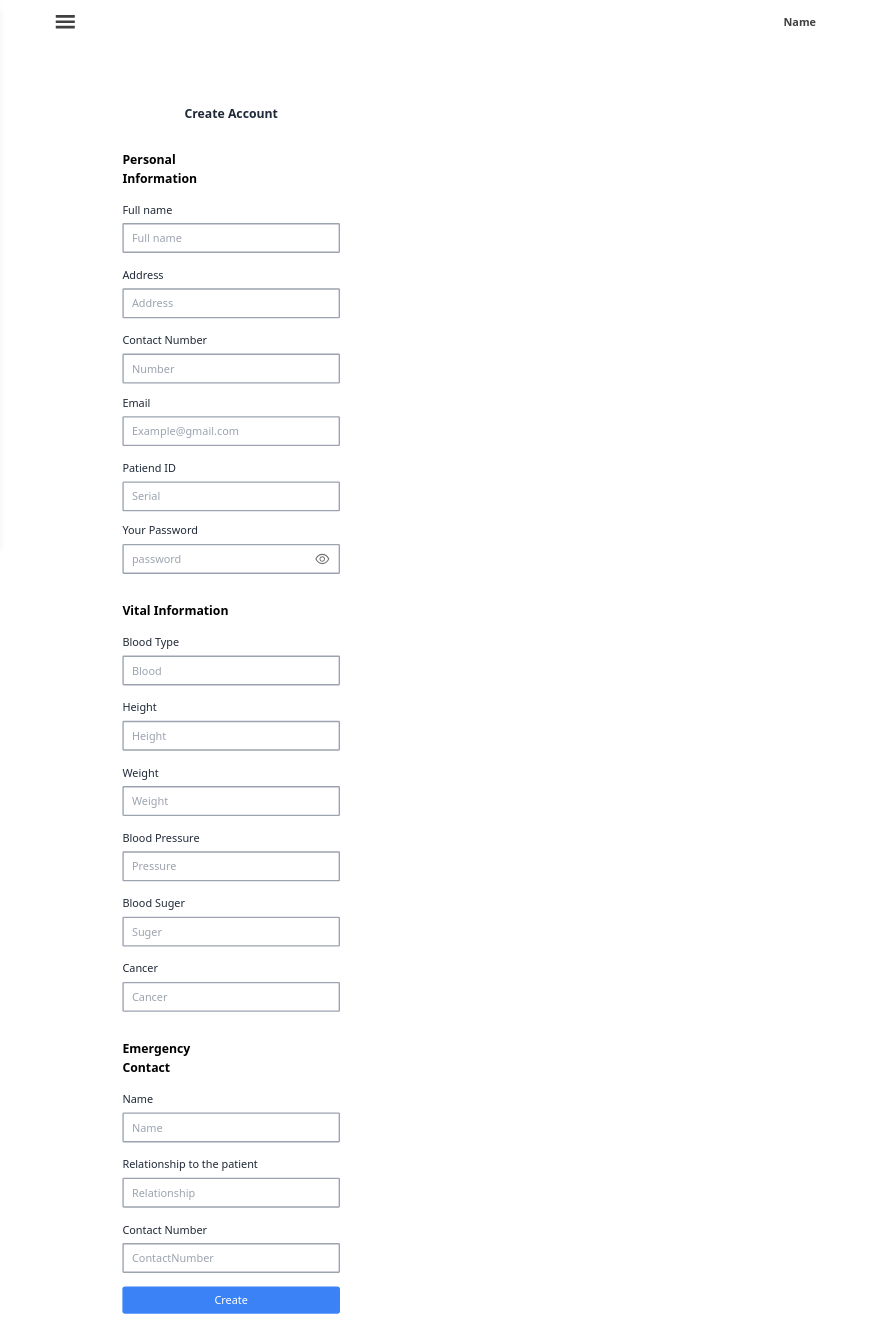
Repository: Sanaa00/HI-user
Page: /signup
An editor plug-in stored every save of this project. The page is shown before and after the next save, followed by the edit.
The browser window is 1280 px wide. The pictures show the whole page, at 68% of full size.
The project was rebuilt for these pictures with package versions that can differ from the ones it lists, and the page was loaded fresh each time. Also part of the build but not shown: vite.config.js, src/App.css, src/Pages/Home.jsx, src/Pages/Prescription.jsx, src/Components/modalComponent.jsx, src/Pages/Laboratory.jsx, src/Pages/Radiographic.jsx, src/Pages/Login.jsx.

Above is the page before, as saved 2024-01-11 19:41:23.

### src/main.jsx
import React from 'react';
import ReactDOM from 'react-dom/client';
import App from './App.jsx';
import './index.css';
import Modal from 'react-modal';
import { BrowserRouter } from 'react-router-dom';
Modal.setAppElement('#root');
ReactDOM.createRoot(document.getElementById('root')).render(
  <React.StrictMode>
    <BrowserRouter>
      {/* <Provider store={store}> */}
      <App />
      {/* </Provider>{' '} */}
    </BrowserRouter>
  </React.StrictMode>,
);

### src/App.jsx
import { Route, Routes } from 'react-router-dom';
import './App.css';
import Home from './Pages/Home';
// import Test from './Pages/Test';
import Navbar from './Components/Navbar';
import Prescription from './Pages/Prescription';
import Laboratory from './Pages/Laboratory';
import Radiographic from './Pages/Radiographic';
import ModalComponent from './Components/modalComponent';
import Login from './Pages/Login';
import SignUp from './Pages/SignUp';

function App() {
  return (
    <>
      <Navbar />
      <Routes>
        <Route path="/home" element={<Home />} />
        <Route path="/laboratory" element={<Laboratory />}>
          <Route path=":id" element={<ModalComponent />} />
        </Route>
        <Route path="/Radiographic" element={<Radiographic />} />
        <Route path="/Prescription" element={<Prescription />} />
        <Route path="/" element={<Login />} />
        <Route path="/signup" element={<SignUp />} />
        {/* <Route path="products" element={<Products />} />
          <Route path="setting" element={<Setting />} />
          <Route path="hide" element={<HideProducts />} /> */}
        {/* </Route> */}
      </Routes>
    </>
  );
}

export default App;

### src/Components/Navbar.jsx
import { useState } from 'react';
import { Link, NavLink } from 'react-router-dom';
import { GiHamburgerMenu } from 'react-icons/gi';
import { IoCloseSharp } from 'react-icons/io5';
function Navbar() {
  const [open, setOpen] = useState(false);
  return (
    <div className="flex text-neutral-700 top-0 z-50 fixed px-4 sm:px-10 md:px-20 justify-between items-center bg-white h-16 w-full">
      <div
        className={` flex justify-between hover:bg-opacity-80 duration-500 hover:duration-500 items-center w-full h-full text-lg font-bold`}
      >
        <button onClick={() => setOpen(!open)} className="">
          <GiHamburgerMenu className="w-8 h-8" />
        </button>{' '}
        <div
          className={` bg-white rounded-sm  flex flex-col fixed w-4/5 lg:w-96 top-0 z-40 left-0 shadow-lg transform duration-500 ease-in-out ${
            open ? 'translate-x-0' : '-translate-x-full'
          }`}
        >
          <button
            onClick={() => setOpen(!open)}
            className="mt-3 mb-2 left-0 px-3 flex h-16"
          >
            <IoCloseSharp className="w-9 h-9" />
          </button>

          <div className="w-full h-screen flex flex-col text-orange p-4">
            <Link to="/home" onClick={() => setOpen(!open)} className="pb-3">
              Person Information
            </Link>
            <Link
              to="/Radiographic"
              onClick={() => setOpen(!open)}
              className="py-3"
            >
              Radiographic examination
            </Link>
            <Link
              to="/laboratory"
              onClick={() => setOpen(!open)}
              className="py-3"
            >
              Laboratory examination
            </Link>
            <Link
              to="/Prescription"
              onClick={() => setOpen(!open)}
              className="py-3"
            >
              Prescription
            </Link>
          </div>
        </div>
      </div>
      <NavLink to="/home" className="ml-2 font-bold">
        Name
      </NavLink>
    </div>
  );
}

export default Navbar;

### src/Pages/SignUp.jsx
import { useState } from 'react';
import * as Yup from 'yup';
import { Formik, Form, useFormik } from 'formik';
import InputField from '../Components/InputField';
import { AiOutlineEyeInvisible, AiOutlineEye } from 'react-icons/ai';

function SignUp() {
  const [showPassword, setShowPassword] = useState(false);
  const formik = useFormik({
    initialValues: {
      fullname: '',
      Address: '',
      Number: '',
      email: '',
      Serial: '',
      Blood: '',
      Height: '',
      Weight: '',
      Pressure: '',
      Suger: '',
      Cancer: '',
      Name: '',
      Relationship: '',
      ContactNumber: '',
      password: '',
    },
    onSubmit: (values, { resetForm }) => {
      console.log(values);
      resetForm({ values: '' });
    },
    validationSchema: Yup.object({
      fullname: Yup.string().required(),
      Address: Yup.string().required(),
      Number: Yup.string().matches(/^[0-9]+$/, 'Invalid serial number'),
      Serial: Yup.string().matches(/^[A-Za-z0-9]{8}$/, 'Invalid serial number'),
      Blood: Yup.string().required(),
      Height: Yup.string().required(),
      Weight: Yup.string().required(),
      Pressure: Yup.string().required(),
      Suger: Yup.string().required(),
      Cancer: Yup.string().required(),
      Name: Yup.string().required(),
      Relationship: Yup.string().required(),
      email: Yup.string().email().required(),
      ContactNumber: Yup.string().matches(/^[0-9]+$/, 'Invalid serial number'),
      password: Yup.string().required().min(8),
    }),
  });

  return (
    <div>
      <div className="px-6 sm:px-12 lg:mx-26 md:px-20 pt-10 grid  md:grid-cols-2 items-start gap-20 min-h-screen">
        <Formik>
          <div className="w-full flex  flex-col items-center justify-center md:mt-16 lg:mt-14 xl:mt-28  mt-20 sm:mt-0">
            <p className="font-semibold text-lg text-gray-800 ">
              Create Account
            </p>
            <Form
              onSubmit={formik.handleSubmit}
              className="grid grid-cols-1 mb-10 w-full lg:w-fit"
            >
              <p className="mt-10 font-bold text-lg lg:w-1/2">
                Personal Information
              </p>
              <div className="flex flex-col mt-5">
                <label className={`text-gray-800 flex font-english`}>
                  Full name
                </label>
                <InputField
                  name="fullname"
                  placeholder={`Full name`}
                  id="fullname"
                  value={formik.values.fullname}
                  onBlur={formik.handleBlur}
                  onChange={formik.handleChange}
                />
                {formik.touched.fullname && formik.errors.fullname ? (
                  <span className="text-red-400 text-sm">
                    {formik.errors.fullname}
                  </span>
                ) : null}
              </div>
              <div className="flex flex-col mt-5">
                <label className={`text-gray-800 flex font-english`}>
                  Address
                </label>
                <InputField
                  name="Address"
                  placeholder={`Address`}
                  id="Address"
                  value={formik.values.Address}
                  onBlur={formik.handleBlur}
                  onChange={formik.handleChange}
                />
                {formik.touched.Address && formik.errors.Address ? (
                  <span className="text-red-400 text-sm">
                    {formik.errors.Address}
                  </span>
                ) : null}
              </div>{' '}
              <div className="flex flex-col mt-5">
                <label className={`text-gray-800 flex font-english`}>
                  Contact Number
                </label>
                <InputField
                  name="Number"
                  placeholder={`Number`}
                  id="Number"
                  value={formik.values.Number}
                  onBlur={formik.handleBlur}
                  onChange={formik.handleChange}
                />
                {formik.touched.Number && formik.errors.Number ? (
                  <span className="text-red-400 text-sm">
                    {formik.errors.Number}
                  </span>
                ) : null}
              </div>
              <div className="flex flex-col mt-4">
                <label className={` text-gray-800 flex font-english`}>
                  Email
                </label>
                <InputField
                  name="email"
                  placeholder={`Example@gmail.com`}
                  id="email"
                  value={formik.values.email}
                  onBlur={formik.handleBlur}
                  onChange={formik.handleChange}
                />

                {formik.touched.email && formik.errors.email ? (
                  <span className="text-red-400 text-sm">
                    {formik.errors.email}
                  </span>
                ) : null}
              </div>
              <div className="flex flex-col mt-5">
                <label className={`text-gray-800 flex font-english`}>
                  Patiend ID
                </label>
                <InputField
                  name="Serial"
                  placeholder={`Serial`}
                  id="Serial"
                  value={formik.values.Serial}
                  onBlur={formik.handleBlur}
                  onChange={formik.handleChange}
                />
                {formik.touched.Serial && formik.errors.Serial ? (
                  <span className="text-red-400 text-sm">
                    {formik.errors.Serial}
                  </span>
                ) : null}
              </div>{' '}
              <div className="mt-4 flex flex-col">
                <label className={` text-gray-800 flex w-full font-english`}>
                  Your Password
                </label>
                <div
                  className={`w-full lg:w-80 2xl:w-96  pl-3 border-2 rounded-sm border-gray-400 focus:outline-none focus:border-green
      mt-2 px-1 py-2 hover:border-gray-600 duration-500 hover:duration-500  focus:duration-500 flex justify-between items-center`}
                >
                  <input
                    type={!showPassword ? 'password' : 'text'}
                    name="password"
                    placeholder={`password`}
                    id="password"
                    value={formik.values.password}
                    onBlur={formik.handleBlur}
                    onChange={formik.handleChange}
                    className="focus:outline-none w-full flex"
                  />
                  {showPassword ? (
                    <button
                      type="button"
                      className="mr-2"
                      onClick={() => setShowPassword(false)}
                    >
                      <AiOutlineEyeInvisible className="w-6 h-6 text-neutral-500" />
                    </button>
                  ) : (
                    <button
                      type="button"
                      className="mr-2"
                      onClick={() => setShowPassword(true)}
                    >
                      <AiOutlineEye className="w-6 h-6 text-neutral-500" />
                    </button>
                  )}
                </div>

                {formik.touched.password && formik.errors.password ? (
                  <div className="text-red-400 text-sm ">
                    {formik.errors.password}
                  </div>
                ) : null}
              </div>
              <p className="mt-10 font-bold text-lg lg:w-1/2">
                Vital Information
              </p>
              <div className="flex flex-col mt-5">
                <label className={`text-gray-800 flex font-english`}>
                  Blood Type
                </label>
                <InputField
                  name="Blood"
                  placeholder={`Blood`}
                  id="Blood"
                  value={formik.values.Blood}
                  onBlur={formik.handleBlur}
                  onChange={formik.handleChange}
                />
                {formik.touched.Blood && formik.errors.Blood ? (
                  <span className="text-red-400 text-sm">
                    {formik.errors.Blood}
                  </span>
                ) : null}
              </div>
              <div className="flex flex-col mt-5">
                <label className={`text-gray-800 flex font-english`}>
                  Height
                </label>
                <InputField
                  name="Height"
                  placeholder={`Height`}
                  id="Height"
                  value={formik.values.Height}
                  onBlur={formik.handleBlur}
                  onChange={formik.handleChange}
                />
                {formik.touched.Height && formik.errors.Height ? (
                  <span className="text-red-400 text-sm">
                    {formik.errors.Height}
                  </span>
                ) : null}
              </div>{' '}
              <div className="flex flex-col mt-5">
                <label className={`text-gray-800 flex font-english`}>
                  Weight
                </label>
                <InputField
                  name="Weight"
                  placeholder={`Weight`}
                  id="Weight"
                  value={formik.values.Weight}
                  onBlur={formik.handleBlur}
                  onChange={formik.handleChange}
                />
                {formik.touched.Weight && formik.errors.Weight ? (
                  <span className="text-red-400 text-sm">
                    {formik.errors.Weight}
                  </span>
                ) : null}
              </div>{' '}
              <div className="flex flex-col mt-5">
                <label className={`text-gray-800 flex font-english`}>
                  Blood Pressure
                </label>
                <InputField
                  name="Pressure"
                  placeholder={`Pressure`}
                  id="Pressure"
                  value={formik.values.Pressure}
                  onBlur={formik.handleBlur}
                  onChange={formik.handleChange}
                />
                {formik.touched.Pressure && formik.errors.Pressure ? (
                  <span className="text-red-400 text-sm">
                    {formik.errors.Pressure}
                  </span>
                ) : null}
              </div>{' '}
              <div className="flex flex-col mt-5">
                <label className={`text-gray-800 flex font-english`}>
                  Blood Suger
                </label>
                <InputField
                  name="Suger"
                  placeholder={`Suger`}
                  id="Suger"
                  value={formik.values.Suger}
                  onBlur={formik.handleBlur}
                  onChange={formik.handleChange}
                />
                {formik.touched.Suger && formik.errors.Suger ? (
                  <span className="text-red-400 text-sm">
                    {formik.errors.Suger}
                  </span>
                ) : null}
              </div>{' '}
              <div className="flex flex-col mt-5">
                <label className={`text-gray-800 flex font-english`}>
                  Cancer
                </label>
                <InputField
                  name="Cancer"
                  placeholder={`Cancer`}
                  id="Cancer"
                  value={formik.values.Cancer}
                  onBlur={formik.handleBlur}
                  onChange={formik.handleChange}
                />
                {formik.touched.Cancer && formik.errors.Cancer ? (
                  <span className="text-red-400 text-sm">
                    {formik.errors.Cancer}
                  </span>
                ) : null}
              </div>
              <p className="mt-10 font-bold text-lg lg:w-1/2">
                Emergency Contact
              </p>
              <div className="flex flex-col mt-5">
                <label className={`text-gray-800 flex font-english`}>
                  Name
                </label>
                <InputField
                  name="Name"
                  placeholder={`Name`}
                  id="Name"
                  value={formik.values.Name}
                  onBlur={formik.handleBlur}
                  onChange={formik.handleChange}
                />
                {formik.touched.Name && formik.errors.Name ? (
                  <span className="text-red-400 text-sm">
                    {formik.errors.Name}
                  </span>
                ) : null}
              </div>
              <div className="flex flex-col mt-5">
                <label className={`text-gray-800 flex font-english`}>
                  Relationship to the patient
                </label>
                <InputField
                  name="Relationship"
                  placeholder={`Relationship`}
                  id="Relationship"
                  value={formik.values.Relationship}
                  onBlur={formik.handleBlur}
                  onChange={formik.handleChange}
                />
                {formik.touched.Relationship && formik.errors.Relationship ? (
                  <span className="text-red-400 text-sm">
                    {formik.errors.Relationship}
                  </span>
                ) : null}
              </div>
              <div className="flex flex-col mt-5">
                <label className={`text-gray-800 flex font-english`}>
                  Contact Number
                </label>
                <InputField
                  name="ContactNumber"
                  placeholder={`ContactNumber`}
                  id="ContactNumber"
                  value={formik.values.ContactNumber}
                  onBlur={formik.handleBlur}
                  onChange={formik.handleChange}
                />
                {formik.touched.ContactNumber && formik.errors.ContactNumber ? (
                  <span className="text-red-400 text-sm">
                    {formik.errors.ContactNumber}
                  </span>
                ) : null}
              </div>
              {/* <div className="mt-4 flex flex-col">
                <label className={` text-gray-800 flex w-full font-english`}>
                  Your Password
                </label>
                <div
                  className={`w-full lg:w-80 2xl:w-96  pl-3 border-2 rounded-sm border-gray-400 focus:outline-none focus:border-green
      mt-2 px-1 py-2 hover:border-gray-600 duration-500 hover:duration-500  focus:duration-500 flex justify-between items-center`}
                >
                  <input
                    type={!showPassword ? 'password' : 'text'}
                    name="password"
                    placeholder={`password`}
                    id="password"
                    value={formik.values.password}
                    onBlur={formik.handleBlur}
                    onChange={formik.handleChange}
                    className="focus:outline-none w-full flex"
                  />
                  {showPassword ? (
                    <button
                      type="button"
                      className="mr-2"
                      onClick={() => setShowPassword(false)}
                    >
                      <AiOutlineEyeInvisible className="w-6 h-6 text-neutral-500" />
                    </button>
                  ) : (
                    <button
                      type="button"
                      className="mr-2"
                      onClick={() => setShowPassword(true)}
                    >
                      <AiOutlineEye className="w-6 h-6 text-neutral-500" />
                    </button>
                  )}
                </div>

                {formik.touched.password && formik.errors.password ? (
                  <div className="text-red-400 text-sm ">
                    {formik.errors.password}
                  </div>
                ) : null}
              </div> */}
              <div className="mt-5">
                {' '}
                <button
                  type="submit"
                  className="text-white bg-blue-500 py-2 w-full  rounded hover:bg-opacity-80 hover:duration-500 duration-500"
                >
                  Create
                </button>
              </div>
            </Form>
          </div>
        </Formik>
      </div>
    </div>
  );
}

export default SignUp;

### src/Components/InputField.jsx
/* eslint-disable react/prop-types */
import { Field } from 'formik';
// eslint-disable-next-line react/prop-types
function InputField({
  name,
  placeholder,
  value,
  onChange,
  id,
  type,
  accept,
  style,
}) {
  return (
    <Field
      style={style}
      placeholder={placeholder}
      name={name}
      value={value}
      onChange={onChange}
      id={id}
      type={type}
      multiple
      accept={accept}
      className="w-full lg:w-80 2xl:w-96  pl-3 border-2 rounded-sm border-gray-400 focus:outline-none focus:border-green
      mt-2 px-1 py-2 hover:border-gray-600 duration-500 hover:duration-500 focus:duration-500"
    />
  );
}

export default InputField;

Loaded but not shown: index.html (common file); src/index.css (common file); tailwind.config.js (common file)

After the next save:
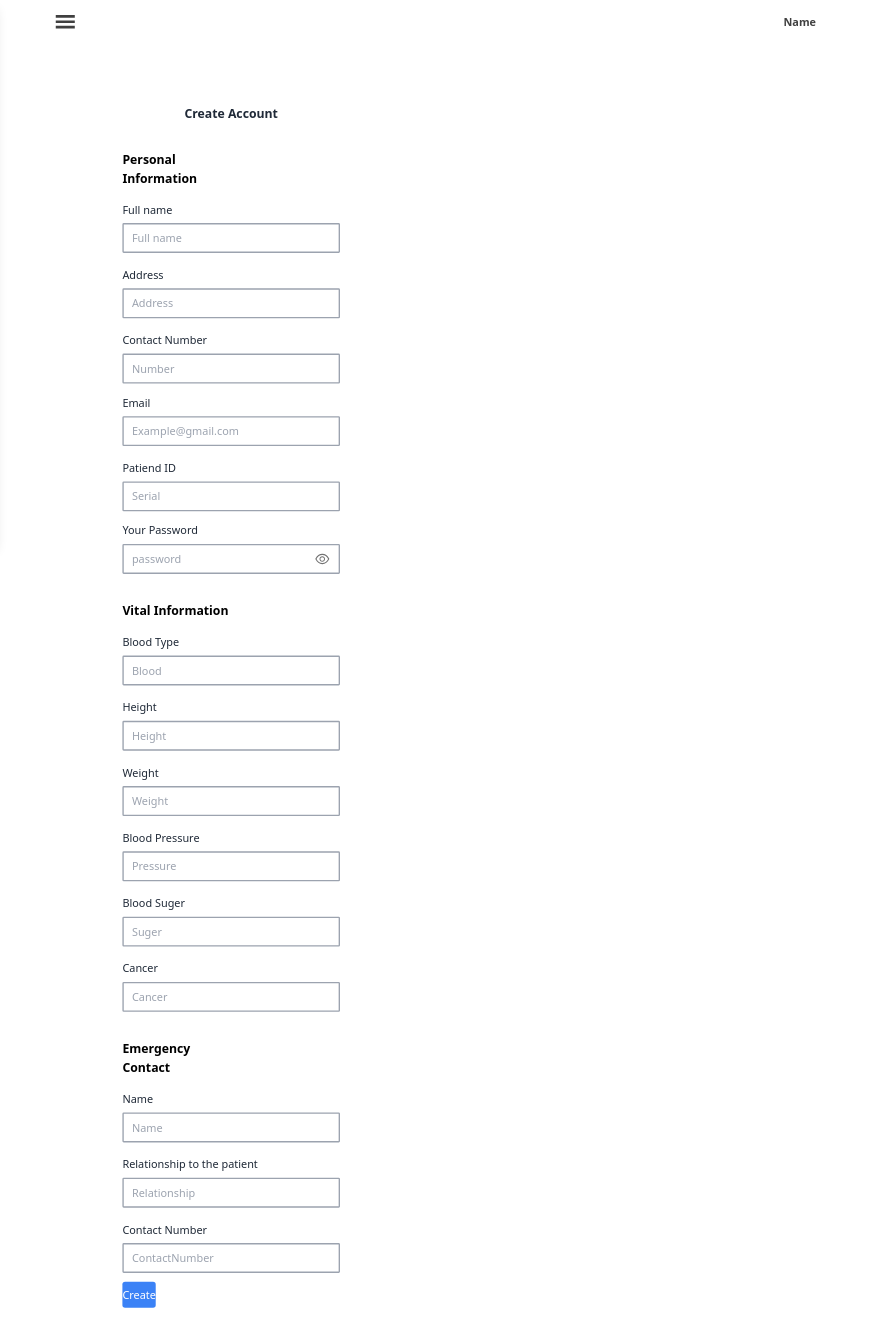
Saved 22 s later.
--- a/src/Pages/SignUp.jsx
+++ b/src/Pages/SignUp.jsx
@@ -3,6 +3,7 @@ import * as Yup from 'yup';
 import { Formik, Form, useFormik } from 'formik';
 import InputField from '../Components/InputField';
 import { AiOutlineEyeInvisible, AiOutlineEye } from 'react-icons/ai';
+import { NavLink } from 'react-router-dom';
 
 function SignUp() {
   const [showPassword, setShowPassword] = useState(false);
@@ -409,12 +410,13 @@ function SignUp() {
               </div> */}
               <div className="mt-5">
                 {' '}
-                <button
+                <NavLink
+                  to="/home"
                   type="submit"
                   className="text-white bg-blue-500 py-2 w-full  rounded hover:bg-opacity-80 hover:duration-500 duration-500"
                 >
                   Create
-                </button>
+                </NavLink>
               </div>
             </Form>
           </div>
